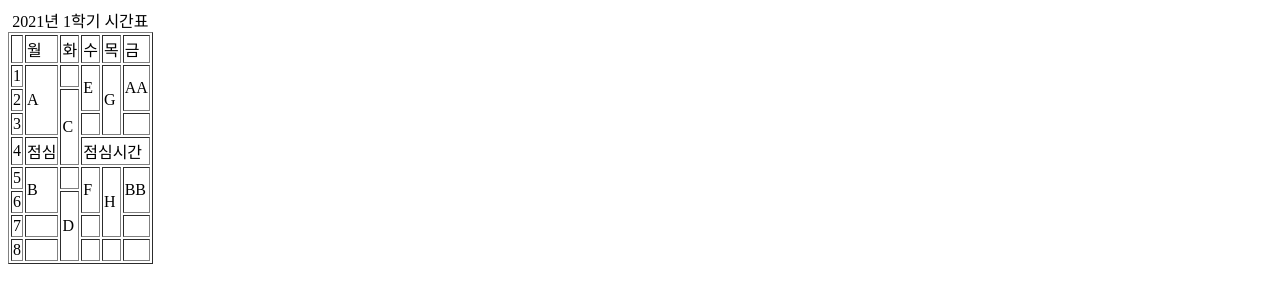
Repository: o-ddong/JSP
Page: ch1_html/WebContent/hello.html
The author's editor kept a copy of each file at every save. The page is drawn from the files as they stood at one save, then again after the next save.
The browser window is 1280 px wide. The pictures show the whole page.

Above is the page before, as saved 2021-03-03 05:58:53.

### ch1_html/WebContent/hello.html
<!DOCTYPE html>
<html>
<head>
<meta charset="EUC-KR">
<title>Insert title here</title>
<style type = "text/css">
	.back_y{backgorund-color:yello}
	.back_b{backgorund-color:blue}
</style>
</head>
<body>

<table border="1";>
	<caption class=back_y>2021년 1학기 시간표</caption>
	<tr class=back_y>
		<td></td>
		<td>월</td>
		<td>화</td>
		<td>수</td>
		<td>목</td>
		<td>금</td>
	</tr>
	<tr class=back_b>
		<td>1</td>
		<td rowspan=3>A</td>
		<td></td>
		<td rowspan=2>E</td>
		<td rowspan=3>G</td>
		<td rowspan=2>AA</td>
	</tr>
	<tr class=back_b>
		<td>2</td>
		<td rowspan=3>C</td>
	</tr>
	<tr class=back_b>
		<td>3</td>
		<td></td>
		<td></td>
	</tr>
	<tr class=back_b>
		<td>4</td>
		<td>점심</td>
		<td colspan=3>점심시간</td>
	</tr>
	<tr class=back_b>
		<td>5</td>
		<td rowspan=2>B</td>
		<td></td>
		<td rowspan=2>F</td>
		<td rowspan=3>H</td>
		<td rowspan=2>BB</td>
	</tr>
	<tr class=back_b>
		<td>6</td>
		<td rowspan=3>D</td>
	</tr>
	<tr class=back_b>
		<td>7</td>
		<td></td>
		<td></td>
		<td></td>
	</tr>
	<tr class=back_b>
		<td>8</td>
		<td></td>
		<td></td>
		<td></td>
		<td></td>
	</tr>
</table>

</body>
</html>

After the next save:
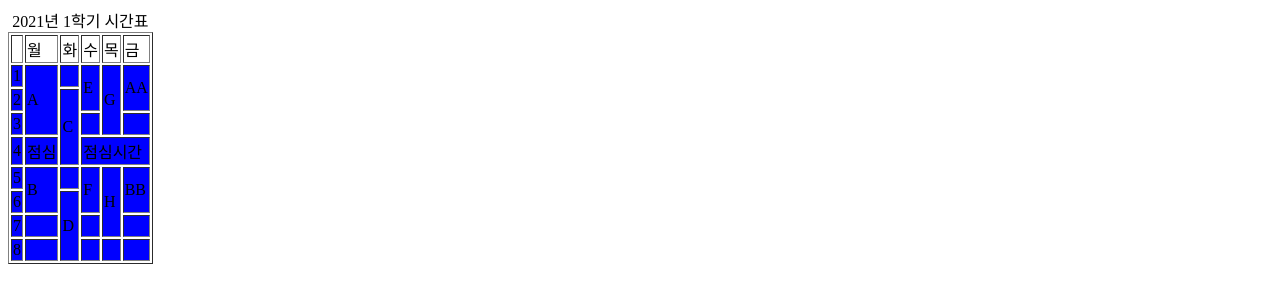
Saved 21 s later.
--- a/ch1_html/WebContent/hello.html
+++ b/ch1_html/WebContent/hello.html
@@ -4,8 +4,8 @@
 <meta charset="EUC-KR">
 <title>Insert title here</title>
 <style type = "text/css">
-	.back_y{backgorund-color:yello}
-	.back_b{backgorund-color:blue}
+	.back_y{background-color:yello}
+	.back_b{background-color:blue}
 </style>
 </head>
 <body>
